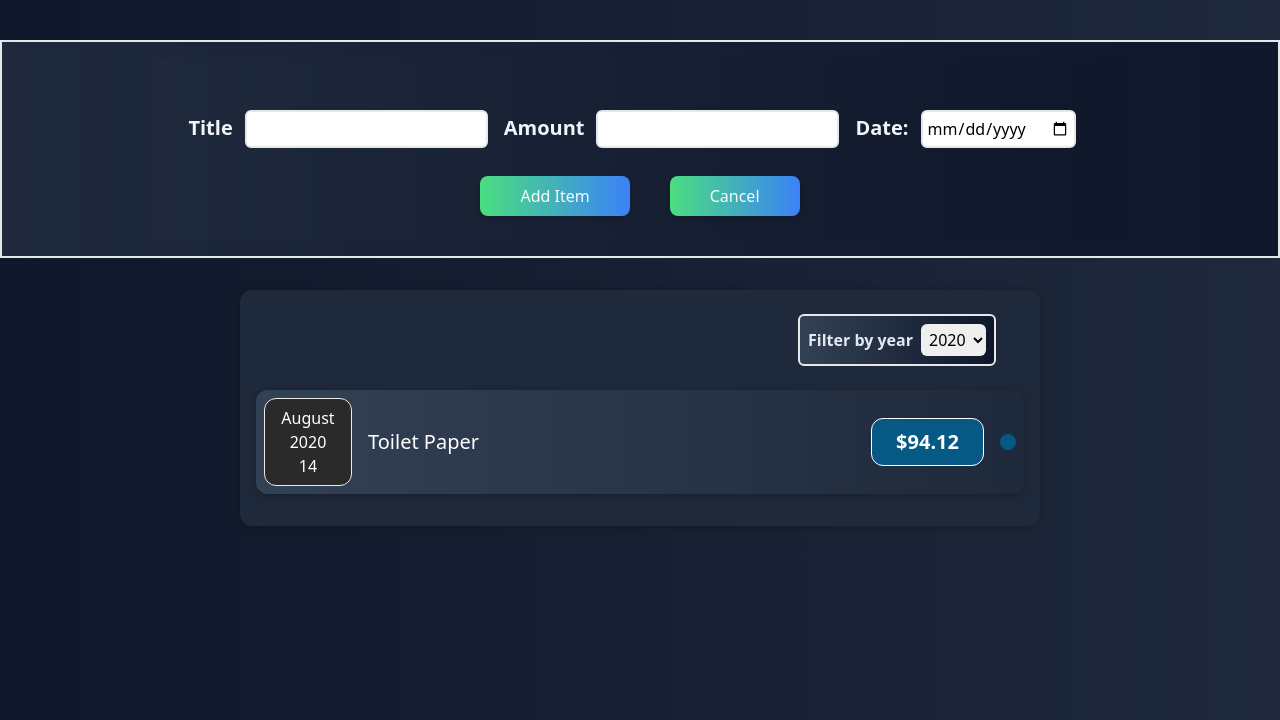
Repository: Sef24/expense-tracker
Page: /, after clicking the first element matching `button.flex`
The author's editor kept a copy of each file at every save. The page is drawn from the files as they stood at one save, then again after the next save.
The browser window is 1280 px wide. The pictures show the whole page.
The project was rebuilt for these pictures with package versions that can differ from the ones it lists, and the page was loaded fresh each time. Also part of the build but not shown: src/components/NewExpense/NewExpense.css, src/components/NewExpense/ExpenseForm.css.

Above is the page before, as saved 2022-05-03 19:18:26.

After the next save:
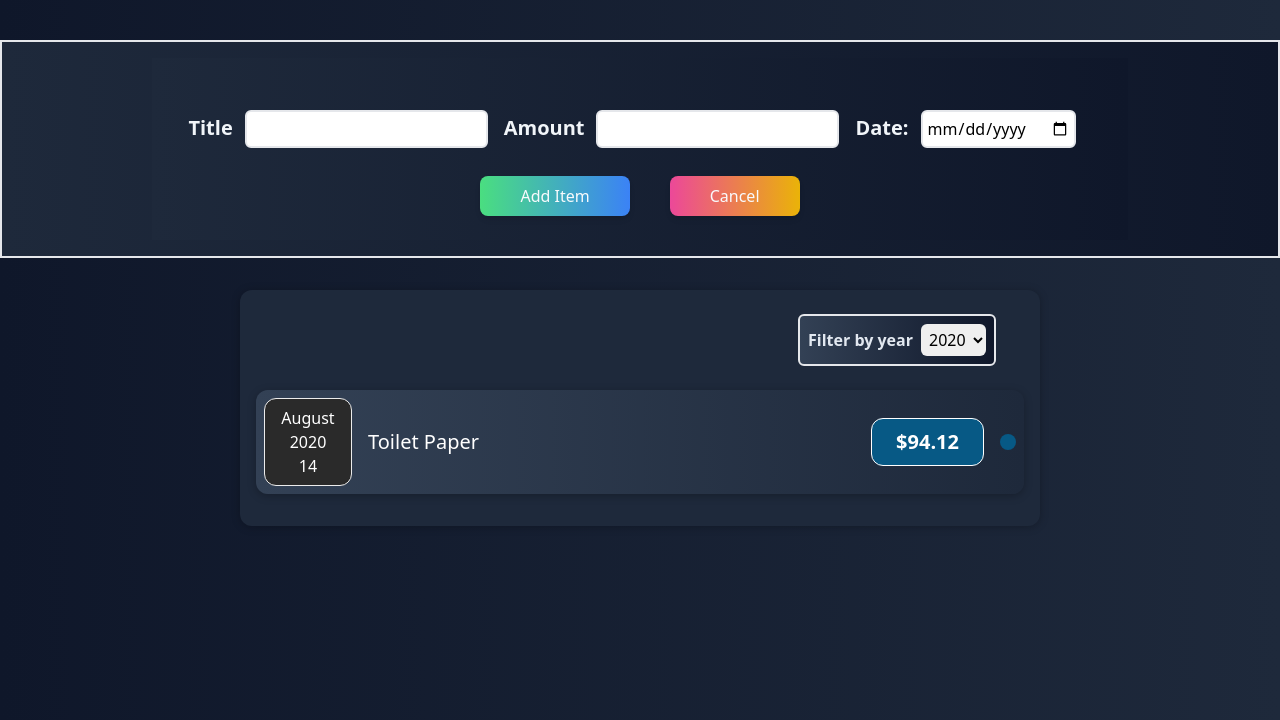
Saved 58 s later.
--- a/src/components/NewExpense/ExpenseForm.js
+++ b/src/components/NewExpense/ExpenseForm.js
@@ -78,7 +78,7 @@ function ExpenseForm(props) {
           type="button"
           onClick={props.onCancel}
           className="p-2 mt-4 px-10 border-3 border-solid rounded-lg shadow-md
-          bg-gradient-to-r from-green-400 to-blue-500
+          bg-gradient-to-r from-pink-500 to-yellow-500
           hover:from-pink-500 hover:to-yellow-500 ...
           active:opacity-75 text-slate-50"
         >
